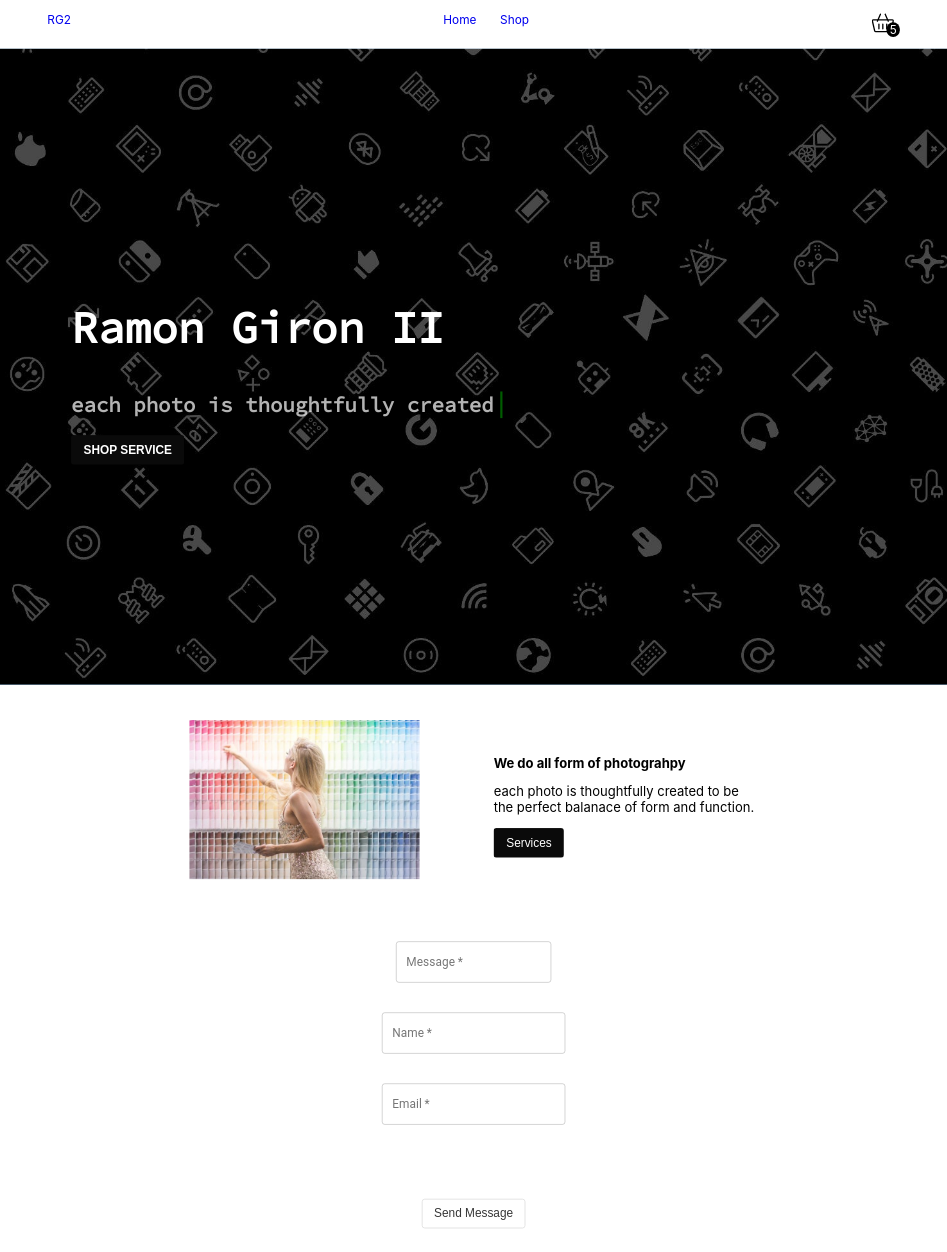
Repository: realistmccoy/coolify
Page: / (app in personalecom/)
An editor plug-in stored every save of this project. The page is shown before and after a run of saves, followed by the edit.
The browser window is 1280 px wide. The pictures show the whole page, at 74% of full size.
The project was rebuilt for these pictures with package versions that can differ from the ones it lists, and the page was loaded fresh each time.

Above is the page before, as saved 2021-02-21 23:39:12.

After the next 2 saves:
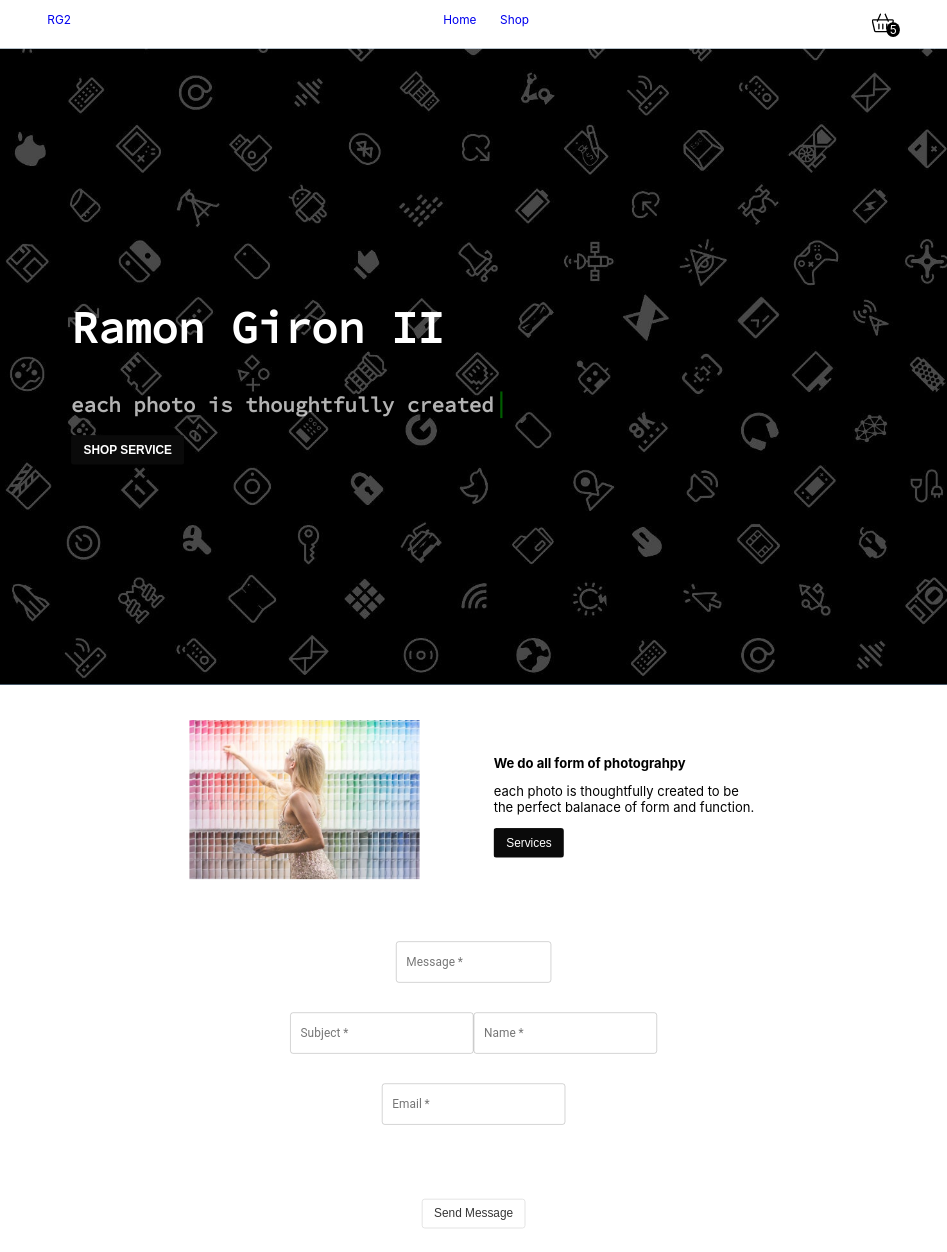
The 2 saves are shown as one change because they came seconds apart.
The last was saved 11 s later.
--- a/personalecom/src/components/contactform/contactForm.jsx
+++ b/personalecom/src/components/contactform/contactForm.jsx
@@ -81,7 +81,15 @@
         <br />
         <br />
         <br />
-
+        <TextField
+          id="outlined-basic"
+          placeholder="Enter Subject"
+          label="Subject"
+          variant="outlined"
+          value={this.state.subject}
+          onChange={(e) => this.setState({ subject: e.target.value })}
+          required
+        />
         <TextField
           id="outlined-basic"
           placeholder="Enter your name"

After the save that followed:
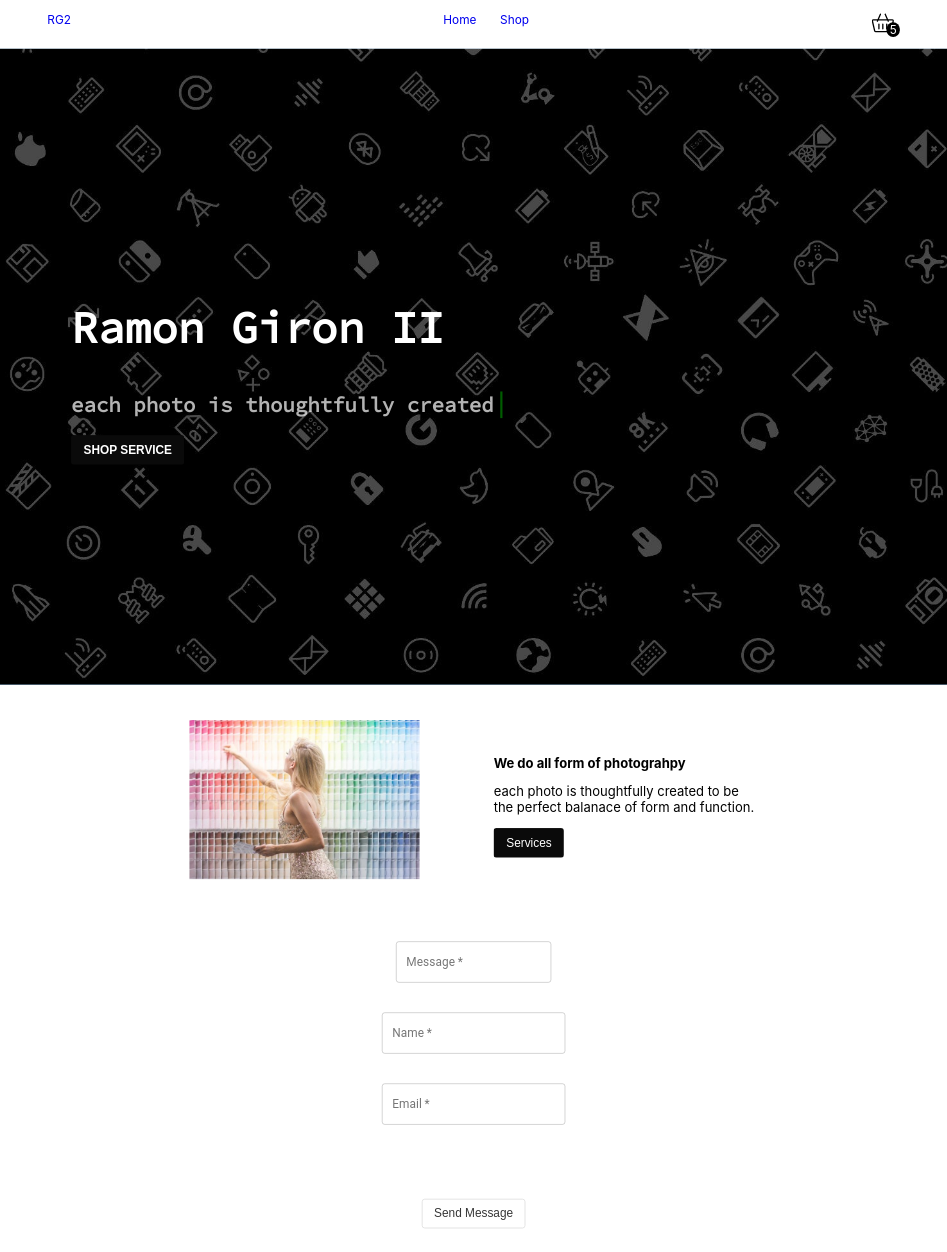
Saved 12 s later.
--- a/personalecom/src/components/contactform/contactForm.jsx
+++ b/personalecom/src/components/contactform/contactForm.jsx
@@ -81,15 +81,7 @@
         <br />
         <br />
         <br />
-        <TextField
-          id="outlined-basic"
-          placeholder="Enter Subject"
-          label="Subject"
-          variant="outlined"
-          value={this.state.subject}
-          onChange={(e) => this.setState({ subject: e.target.value })}
-          required
-        />
+
         <TextField
           id="outlined-basic"
           placeholder="Enter your name"
